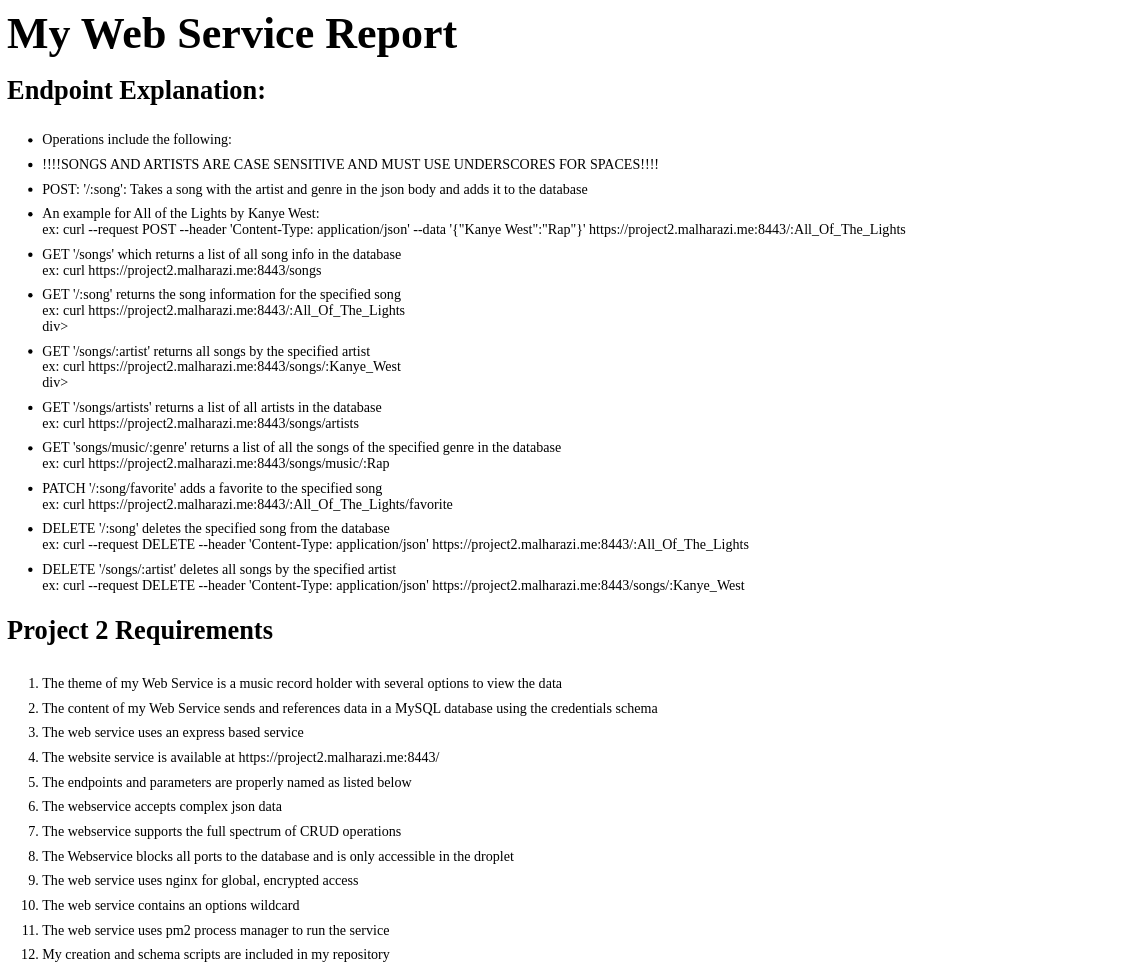
Repository: alharama/WebService
Page: report.html
The author's editor kept a copy of each file at every save. The page is drawn from the files as they stood at one save, then again after the next save.
The browser window is 1280 px wide. The pictures show the whole page, at 88% of full size.

Above is the page before, as saved 2021-11-01 19:50:18.

After the next save:
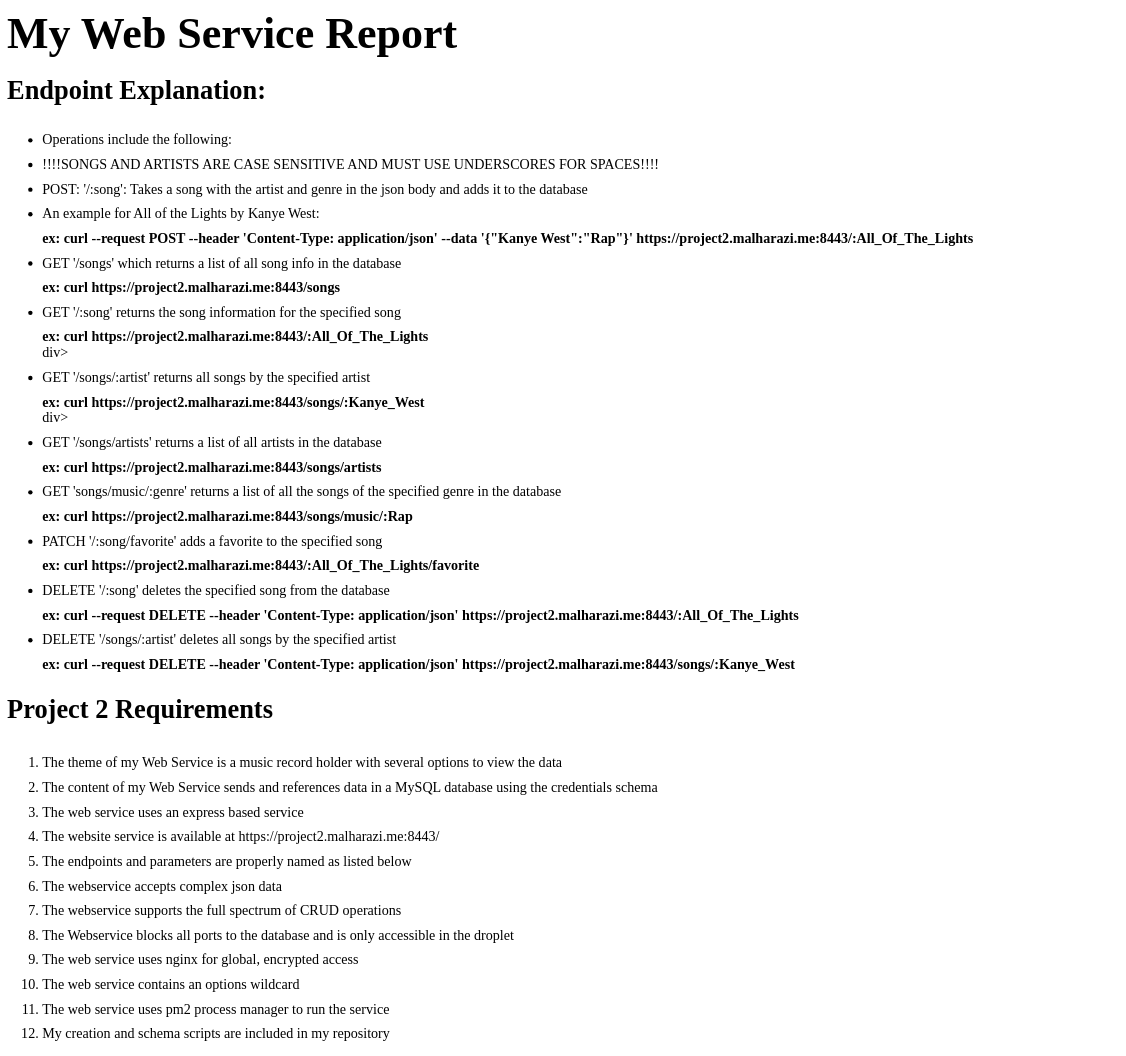
Saved 12 s later.
--- a/report.html
+++ b/report.html
@@ -23,7 +23,7 @@
         padding-top: 10px;
       }
 
-      li .ex {
+      div {
         padding-top: 10px;
         list-style-type: none;
         font-weight: bold;
